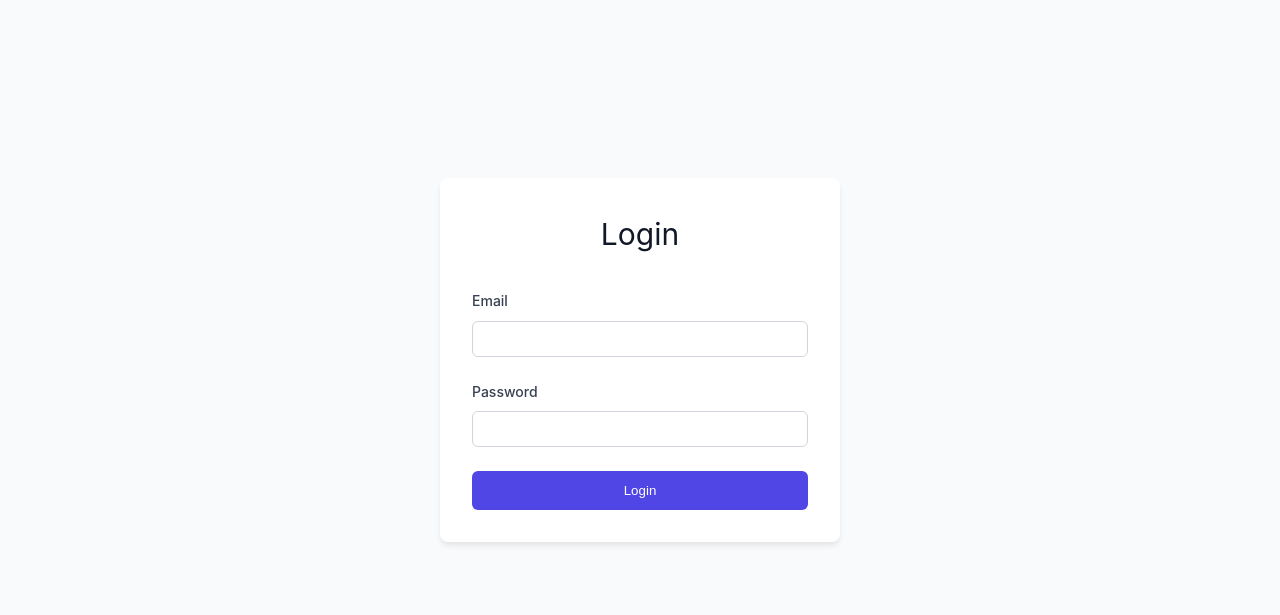
Repository: nino-pixel/payroll
Page: /payroll (app in web_vue/)
These files come from the project's save history. The page is drawn as it stood at one moment and after the next save; the edit follows.
The browser window is 1280 px wide. The pictures show the whole page.
The project was rebuilt for these pictures with package versions that can differ from the ones it lists, and the page was loaded fresh each time. Also part of the build but not shown: web_vue/vite.config.ts, web_vue/src/components/shared/Modal.vue, web_vue/src/components/shared/LoadingSpinner.vue, web_vue/src/components/shared/LoadingOverlay.vue, web_vue/src/components/payroll/ProcessPayroll.vue, web_vue/src/utils/export.ts, web_vue/src/components/payroll/PayrollDashboard.vue, web_vue/src/components/department/DepartmentList.vue and 6 more.

Above is the page before, as saved 2024-12-16 22:06:30.

### web_vue/src/main.ts
import './assets/main.css'

import { createApp } from 'vue'
import { createPinia } from 'pinia'

import App from './App.vue'
import router from './router'

const app = createApp(App)
app.config.devtools = true

app.use(createPinia())
app.use(router)

app.mount('#app')

### web_vue/src/App.vue
<script setup lang="ts">
import { RouterLink, RouterView } from 'vue-router'
import { useAuthStore } from './stores/auth'

const auth = useAuthStore()
</script>

<template>
  <div id="app">
    <header v-if="auth.isAuthenticated">
      <nav>
        <RouterLink to="/">Dashboard</RouterLink>
        <RouterLink to="/payroll">Payroll Analysis</RouterLink>
        <div class="user-menu">
          <span>{{ auth.user?.name }}</span>
          <button @click="auth.logout" class="logout-btn">Logout</button>
        </div>
      </nav>
    </header>
    <main>
      <RouterView />
    </main>
  </div>
</template>

<style scoped>
header {
  line-height: 1.5;
  max-height: 100vh;
}

.logo {
  display: block;
  margin: 0 auto 2rem;
}

nav {
  width: 100%;
  font-size: 12px;
  text-align: center;
  margin-top: 2rem;
}

nav a.router-link-exact-active {
  color: var(--color-text);
}

nav a.router-link-exact-active:hover {
  background-color: transparent;
}

nav a {
  display: inline-block;
  padding: 0 1rem;
  border-left: 1px solid var(--color-border);
}

nav a:first-of-type {
  border: 0;
}

@media (min-width: 1024px) {
  header {
    display: flex;
    place-items: center;
    padding-right: calc(var(--section-gap) / 2);
  }

  .logo {
    margin: 0 2rem 0 0;
  }

  header .wrapper {
    display: flex;
    place-items: flex-start;
    flex-wrap: wrap;
  }

  nav {
    text-align: left;
    margin-left: -1rem;
    font-size: 1rem;

    padding: 1rem 0;
    margin-top: 1rem;
  }
}

.user-menu {
  margin-left: auto;
  display: flex;
  align-items: center;
  gap: 1rem;
}

.logout-btn {
  padding: 0.5rem 1rem;
  background: #dc3545;
  color: white;
  border: none;
  border-radius: 4px;
  cursor: pointer;
}

.logout-btn:hover {
  background: #c82333;
}
</style>

### web_vue/src/router/index.ts
import { createRouter, createWebHistory } from 'vue-router'
import { useAuthStore } from '../store/auth'
import PayrollDashboard from '../components/payroll/PayrollDashboard.vue'
import DepartmentList from '../components/department/DepartmentList.vue'
import DepartmentForm from '../components/department/DepartmentForm.vue'
import DepartmentDetails from '../components/department/DepartmentDetails.vue'
import EmployeeList from '../components/employee/EmployeeList.vue'
import EmployeeForm from '../components/employee/EmployeeForm.vue'
import EmployeeDetails from '../components/employee/EmployeeDetails.vue'
import Login from '../views/Login.vue'
import Unauthorized from '../views/Unauthorized.vue'
import Registration from '../views/Registration.vue'

const router = createRouter({
  history: createWebHistory(),
  routes: [
    {
      path: '/login',
      name: 'Login',
      component: Login,
      meta: { guest: true }
    },
    {
      path: '/unauthorized',
      name: 'Unauthorized',
      component: Unauthorized
    },
    {
      path: '/',
      name: 'Dashboard',
      component: PayrollDashboard,
      meta: {
        requiresAuth: true,
        permission: 'dashboard.view'
      }
    },
    {
      path: '/payroll',
      name: 'Payroll',
      component: PayrollDashboard,
      meta: {
        requiresAuth: true,
        permission: 'payroll.view'
      }
    },
    {
      path: '/departments',
      name: 'Departments',
      component: DepartmentList,
      meta: {
        requiresAuth: true,
        permission: 'departments.view'
      }
    },
    {
      path: '/departments/create',
      name: 'CreateDepartment',
      component: DepartmentForm,
      meta: {
        requiresAuth: true,
        permission: 'departments.create'
      }
    },
    {
      path: '/departments/:id',
      name: 'DepartmentDetails',
      component: DepartmentDetails,
      meta: {
        requiresAuth: true,
        permission: 'departments.view'
      }
    },
    {
      path: '/departments/:id/edit',
      name: 'EditDepartment',
      component: DepartmentForm,
      meta: {
        requiresAuth: true,
        permission: 'departments.edit'
      }
    },
    {
      path: '/employees',
      name: 'Employees',
      component: EmployeeList,
      meta: {
        requiresAuth: true,
        permission: 'employees.view'
      }
    },
    {
      path: '/employees/create',
      name: 'CreateEmployee',
      component: EmployeeForm,
      meta: {
        requiresAuth: true,
        permission: 'employees.create'
      }
    },
    {
      path: '/employees/:id',
      name: 'EmployeeDetails',
      component: EmployeeDetails,
      meta: {
        requiresAuth: true,
        permission: 'employees.view'
      }
    },
    {
      path: '/employees/:id/edit',
      name: 'EditEmployee',
      component: EmployeeForm,
      meta: {
        requiresAuth: true,
        permission: 'employees.edit'
      }
    },
    {
      path: '/register',
      name: 'register',
      component: Registration
    }
  ]
})

router.beforeEach(async (to, from, next) => {
  const auth = useAuthStore()

  // Allow access to guest routes
  if (to.meta.guest) {
    if (auth.isAuthenticated) {
      return next({ name: 'Dashboard' })
    }
    return next()
  }

  // Check authentication
  if (!auth.isAuthenticated && to.meta.requiresAuth) {
    return next({ name: 'Login' })
  }

  // Check permissions
  if (to.meta.permission) {
    const hasPermission = auth.hasPermission(to.meta.permission as string)
    if (!hasPermission) {
      return next({ name: 'Unauthorized' })
    }
  }

  next()
})

export default router

### web_vue/src/stores/auth.ts
import { defineStore } from 'pinia'
import { ref, computed } from 'vue'
import { useRouter } from 'vue-router'
import http from '../utils/http'

interface User {
  id: number
  name: string
  email: string
  role: string
}

interface RegisterData {
  name: string
  email: string
  password: string
  role: string
}

export const useAuthStore = defineStore('auth', () => {
  const router = useRouter()
  const token = ref<string | null>(localStorage.getItem('token'))
  const user = ref<User | null>(JSON.parse(localStorage.getItem('user') || 'null'))

  const isAuthenticated = computed(() => !!token.value)
  const isAdmin = computed(() => user.value?.role === 'admin')

  async function login(email: string, password: string) {
    const { data } = await http.post('/login', { email, password })
    token.value = data.data.token
    user.value = data.data.user
    localStorage.setItem('token', data.data.token)
    localStorage.setItem('user', JSON.stringify(data.data.user))
  }

  async function logout() {
    try {
      await http.post('/logout')
    } finally {
      token.value = null
      user.value = null
      localStorage.removeItem('token')
      localStorage.removeItem('user')
      router.push('/login')
    }
  }

  async function register(data: RegisterData) {
    const { data: response } = await http.post('/register', data)
    token.value = response.data.token
    user.value = response.data.user
    localStorage.setItem('token', response.data.token)
    localStorage.setItem('user', JSON.stringify(response.data.user))
  }

  return {
    token,
    user,
    isAuthenticated,
    isAdmin,
    login,
    logout,
    register
  }
})

### web_vue/src/store/auth.ts
import { defineStore } from 'pinia'
import http from '../utils/http'
import { ref, computed } from 'vue'

export interface User {
  id: number
  name: string
  email: string
  role?: {
    slug: string
    permissions: Array<{ slug: string }>
  }
}

export const useAuthStore = defineStore('auth', () => {
  const user = ref<User | null>(null)
  const token = ref<string | null>(localStorage.getItem('token'))
  const permissions = ref<string[]>([])

  const isAuthenticated = computed(() => !!token.value)
  const hasPermission = (permission: string) => permissions.value.includes(permission)
  const hasRole = (role: string) => user.value?.role?.slug === role

  async function login(credentials: any) {
    try {
      const { data } = await http.post('/auth/login', credentials)
      setAuth(data)
      return data
    } catch (error) {
      throw error.response?.data?.message || 'Login failed'
    }
  }

  async function fetchUser() {
    try {
      const { data } = await http.get('/auth/user')
      user.value = data.data
      permissions.value = data.data.role?.permissions?.map(p => p.slug) || []
    } catch (error) {
      logout()
      throw error
    }
  }

  function setAuth(data: any) {
    token.value = data.token
    user.value = data.user
    permissions.value = data.user.role?.permissions?.map(p => p.slug) || []
    localStorage.setItem('token', data.token)
  }

  function logout() {
    user.value = null
    token.value = null
    permissions.value = []
    localStorage.removeItem('token')
  }

  return {
    user,
    token,
    permissions,
    isAuthenticated,
    hasPermission,
    hasRole,
    login,
    fetchUser,
    setAuth,
    logout
  }
})

### web_vue/src/components/department/DepartmentForm.vue
<script setup lang="ts">
import { ref, onMounted } from 'vue'
import { useRoute, useRouter } from 'vue-router'
import http from '../../utils/http'

interface DepartmentForm {
  name: string
  code: string
  description: string
  manager_id: number | null
}

interface FormErrors {
  name?: string
  code?: string
  description?: string
  manager_id?: string
}

const route = useRoute()
const router = useRouter()
const isEdit = route.params.id !== undefined

const form = ref<DepartmentForm>({
  name: '',
  code: '',
  description: '',
  manager_id: null
})

const managers = ref<Array<{ id: number, name: string }>>([])
const loading = ref(false)
const error = ref('')
const errors = ref<FormErrors>({})

const successMessage = ref('')
const showSuccess = (message: string) => {
  successMessage.value = message
  setTimeout(() => {
    successMessage.value = ''
  }, 3000)
}

const confirmDelete = async () => {
  if (!confirm('Are you sure you want to delete this department? This action cannot be undone.')) {
    return
  }

  try {
    loading.value = true
    await http.delete(`/departments/${route.params.id}`)
    showSuccess('Department deleted successfully')
    router.push('/departments')
  } catch (err: any) {
    error.value = err.response?.data?.message || 'Failed to delete department'
  } finally {
    loading.value = false
  }
}

const fetchManagers = async () => {
  try {
    const { data } = await http.get('/users', {
      params: { role: 'admin' }
    })
    managers.value = data.data
  } catch (err) {
    error.value = 'Failed to fetch managers'
  }
}

const fetchDepartment = async () => {
  if (!isEdit) return

  try {
    loading.value = true
    const { data } = await http.get(`/departments/${route.params.id}`)
    form.value = {
      name: data.data.name,
      code: data.data.code || '',
      description: data.data.description || '',
      manager_id: data.data.manager_id
    }
  } catch (err) {
    error.value = 'Failed to fetch department details'
  } finally {
    loading.value = false
  }
}

const validateForm = (): boolean => {
  errors.value = {}
  let isValid = true

  if (!form.value.name.trim()) {
    errors.value.name = 'Department name is required'
    isValid = false
  } else if (form.value.name.length < 3) {
    errors.value.name = 'Department name must be at least 3 characters'
    isValid = false
  }

  if (form.value.code && form.value.code.length < 2) {
    errors.value.code = 'Department code must be at least 2 characters'
    isValid = false
  }

  if (form.value.description && form.value.description.length > 500) {
    errors.value.description = 'Description cannot exceed 500 characters'
    isValid = false
  }

  return isValid
}

const submitForm = async () => {
  if (!validateForm()) return

  try {
    loading.value = true
    error.value = ''

    if (isEdit) {
      await http.put(`/departments/${route.params.id}`, form.value)
      showSuccess('Department updated successfully')
    } else {
      await http.post('/departments', form.value)
      showSuccess('Department created successfully')
    }

    router.push('/departments')
  } catch (err: any) {
    if (err.response?.data?.errors) {
      errors.value = err.response.data.errors
    } else {
      error.value = err.response?.data?.message || 'Failed to save department'
    }
  } finally {
    loading.value = false
  }
}

onMounted(async () => {
  await Promise.all([fetchManagers(), fetchDepartment()])
})
</script>

<template>
  <div class="department-form" role="form" aria-label="Department Form">
    <div
      v-if="successMessage"
      class="success-message"
      role="alert"
      aria-live="polite"
    >
      {{ successMessage }}
    </div>

    <div
      v-if="loading"
      class="loading-overlay"
      role="status"
      aria-live="polite"
    >
      <div class="spinner" aria-hidden="true"></div>
      <p>{{ isEdit ? 'Updating' : 'Creating' }} department...</p>
    </div>

    <h2 id="form-title">{{ isEdit ? 'Edit Department' : 'Add Department' }}</h2>

    <form
      @submit.prevent="submitForm"
      aria-labelledby="form-title"
      novalidate
    >
      <div class="form-group">
        <label for="name" class="required">Department Name</label>
        <input
          type="text"
          id="name"
          v-model="form.name"
          :class="{ 'invalid': errors.name }"
          :aria-invalid="!!errors.name"
          :aria-describedby="errors.name ? 'name-error' : undefined"
          placeholder="Enter department name"
          required
        >
        <span
          v-if="errors.name"
          class="error-text"
          id="name-error"
          role="alert"
        >
          {{ errors.name }}
        </span>
      </div>

      <div class="form-group">
        <label for="code">Department Code</label>
        <input
          type="text"
          id="code"
          v-model="form.code"
          :class="{ 'invalid': errors.code }"
          placeholder="Enter department code"
        >
        <span v-if="errors.code" class="error-text">{{ errors.code }}</span>
      </div>

      <div class="form-group">
        <label for="description">Description</label>
        <textarea
          id="description"
          v-model="form.description"
          :class="{ 'invalid': errors.description }"
          rows="4"
          placeholder="Enter department description"
        ></textarea>
        <span v-if="errors.description" class="error-text">{{ errors.description }}</span>
        <span class="hint">{{ form.description?.length || 0 }}/500 characters</span>
      </div>

      <div class="form-group">
        <label for="manager">Department Manager</label>
        <select
          id="manager"
          v-model="form.manager_id"
        >
          <option value="">Select Manager</option>
          <option
            v-for="manager in managers"
            :key="manager.id"
            :value="manager.id"
          >
            {{ manager.name }}
          </option>
        </select>
      </div>

      <div v-if="error" class="error">
        {{ error }}
      </div>

      <div class="form-actions">
        <button
          type="button"
          class="btn-cancel"
          @click="router.push('/departments')"
        >
          Cancel
        </button>
        <button
          v-if="isEdit"
          type="button"
          class="btn-delete"
          @click="confirmDelete"
          aria-label="Delete Department"
        >
          Delete
        </button>
        <button
          type="submit"
          class="btn-submit"
          :disabled="loading"
        >
          {{ loading ? 'Saving...' : (isEdit ? 'Update' : 'Create') }}
        </button>
      </div>
    </form>
  </div>
</template>

<style scoped>
.department-form {
  max-width: 600px;
  margin: 0 auto;
  padding: 2rem;
}

.form-group {
  margin-bottom: 1.5rem;
}

label {
  display: block;
  margin-bottom: 0.5rem;
  color: #666;
}

input, select, textarea {
  width: 100%;
  padding: 0.5rem;
  border: 1px solid #ddd;
  border-radius: 4px;
  font-size: 1rem;
}

textarea {
  resize: vertical;
}

.error {
  color: #dc3545;
  margin-bottom: 1rem;
  font-size: 0.9rem;
}

.form-actions {
  display: flex;
  gap: 1rem;
  justify-content: flex-end;
  margin-top: 2rem;
}

.btn-cancel, .btn-submit {
  padding: 0.5rem 1rem;
  border-radius: 4px;
  font-size: 1rem;
  cursor: pointer;
}

.btn-cancel {
  background: #f8f9fa;
  border: 1px solid #ddd;
}

.btn-submit {
  background: #36A2EB;
  color: white;
  border: none;
}

.btn-submit:disabled {
  opacity: 0.7;
  cursor: not-allowed;
}

.loading-overlay {
  position: fixed;
  top: 0;
  left: 0;
  right: 0;
  bottom: 0;
  background: rgba(255, 255, 255, 0.9);
  display: flex;
  flex-direction: column;
  align-items: center;
  justify-content: center;
  z-index: 1000;
}

.spinner {
  width: 40px;
  height: 40px;
  border: 3px solid #f3f3f3;
  border-top: 3px solid #36A2EB;
  border-radius: 50%;
  animation: spin 1s linear infinite;
  margin-bottom: 1rem;
}

@keyframes spin {
  0% { transform: rotate(0deg); }
  100% { transform: rotate(360deg); }
}

.invalid {
  border-color: #dc3545;
}

.error-text {
  color: #dc3545;
  font-size: 0.8rem;
  margin-top: 0.25rem;
  display: block;
}

.hint {
  color: #666;
  font-size: 0.8rem;
  margin-top: 0.25rem;
  display: block;
}

.success-message {
  position: fixed;
  top: 1rem;
  right: 1rem;
  padding: 1rem;
  background: #d1fae5;
  color: #065f46;
  border-radius: 4px;
  box-shadow: 0 2px 4px rgba(0,0,0,0.1);
  z-index: 1000;
  animation: slideIn 0.3s ease-out;
}

@keyframes slideIn {
  from {
    transform: translateX(100%);
    opacity: 0;
  }
  to {
    transform: translateX(0);
    opacity: 1;
  }
}

.required::after {
  content: '*';
  color: #dc3545;
  margin-left: 0.25rem;
}

.btn-delete {
  background: #dc3545;
  color: white;
  border: none;
}

.btn-delete:hover {
  background: #bb2d3b;
}

/* Focus styles for accessibility */
input:focus,
select:focus,
textarea:focus,
button:focus {
  outline: 2px solid #36A2EB;
  outline-offset: 2px;
}

/* Skip outline for mouse users */
input:focus:not(:focus-visible),
select:focus:not(:focus-visible),
textarea:focus:not(:focus-visible),
button:focus:not(:focus-visible) {
  outline: none;
}
</style>

### web_vue/src/views/Login.vue
<script setup lang="ts">
import { ref } from 'vue'
import { useRouter } from 'vue-router'
import http from '../utils/http'

const router = useRouter()
const email = ref('')
const password = ref('')
const error = ref('')
const loading = ref(false)

const handleSubmit = async () => {
  try {
    loading.value = true
    error.value = ''
    await http.post('/login', { email: email.value, password: password.value })
    router.push('/dashboard')
  } catch (err: any) {
    error.value = err.response?.data?.message || 'Login failed'
  } finally {
    loading.value = false
  }
}
</script>

<template>
  <div class="login-container">
    <div class="login-box">
      <h1>Login</h1>

      <form @submit.prevent="handleSubmit" class="login-form">
        <div class="form-group">
          <label for="email">Email</label>
          <input
            id="email"
            v-model="email"
            type="email"
            required
            autocomplete="email"
          >
        </div>

        <div class="form-group">
          <label for="password">Password</label>
          <input
            id="password"
            v-model="password"
            type="password"
            required
            autocomplete="current-password"
          >
        </div>

        <div v-if="error" class="error">
          {{ error }}
        </div>

        <button
          type="submit"
          :disabled="loading"
          class="login-button"
        >
          {{ loading ? 'Logging in...' : 'Login' }}
        </button>
      </form>
    </div>
  </div>
</template>

<style scoped>
.login-container {
  min-height: 100vh;
  display: flex;
  align-items: center;
  justify-content: center;
  background: #f8fafc;
  width: 100vw;
  position: fixed;
  top: 0;
  left: 0;
}

.login-box {
  background: white;
  padding: 2rem;
  border-radius: 0.5rem;
  box-shadow: 0 4px 6px -1px rgba(0, 0, 0, 0.1);
  width: 100%;
  max-width: 400px;
}

h1 {
  text-align: center;
  color: #111827;
  margin-bottom: 2rem;
}

.login-form {
  display: flex;
  flex-direction: column;
  gap: 1.5rem;
}

.form-group {
  display: flex;
  flex-direction: column;
  gap: 0.5rem;
}

label {
  font-size: 0.875rem;
  font-weight: 500;
  color: #374151;
}

input {
  padding: 0.5rem;
  border: 1px solid #d1d5db;
  border-radius: 0.375rem;
  font-size: 1rem;
}

input:focus {
  outline: none;
  border-color: #4f46e5;
  box-shadow: 0 0 0 2px rgba(79, 70, 229, 0.1);
}

.error {
  color: #dc2626;
  font-size: 0.875rem;
  background: #fee2e2;
  padding: 0.75rem;
  border-radius: 0.375rem;
}

.login-button {
  background: #4f46e5;
  color: white;
  padding: 0.75rem;
  border: none;
  border-radius: 0.375rem;
  font-weight: 500;
  cursor: pointer;
  transition: background-color 0.2s;
}

.login-button:hover {
  background: #4338ca;
}

.login-button:disabled {
  background: #6b7280;
  cursor: not-allowed;
}
</style>

### web_vue/src/utils/http.ts
import axios from 'axios'

const http = axios.create({
  baseURL: '/api/v1',
  headers: {
    'Content-Type': 'application/json'
  }
})

// Add token to requests
http.interceptors.request.use(config => {
  const token = localStorage.getItem('token')
  if (token) {
    config.headers.Authorization = `Bearer ${token}`
  }
  return config
})

// Handle response errors
http.interceptors.response.use(
  response => response,
  error => {
    if (error.response?.status === 401) {
      localStorage.removeItem('token')
      localStorage.removeItem('user')
      window.location.href = '/login'
    }
    return Promise.reject(error)
  }
)

export default http

Loaded but not shown: web_vue/index.html (common file); web_vue/src/assets/main.css (common file); web_vue/src/assets/base.css (common file)

After the next save:
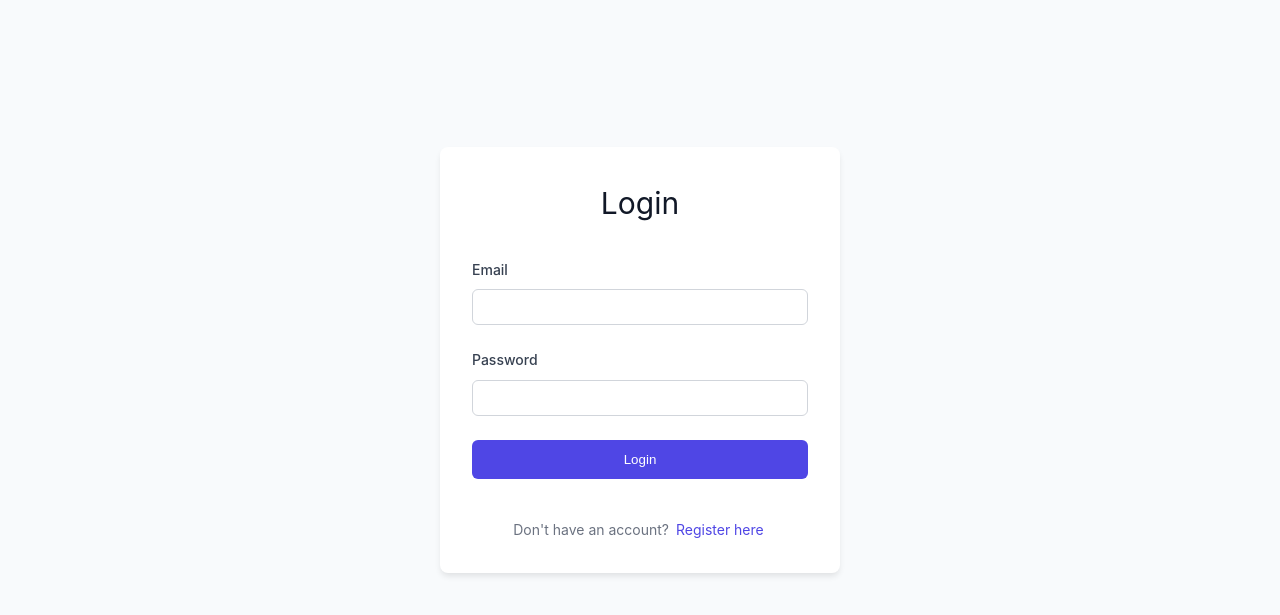
Saved 2 s later.
--- a/web_vue/src/views/Login.vue
+++ b/web_vue/src/views/Login.vue
@@ -62,6 +62,11 @@ const handleSubmit = async () => {
         >
           {{ loading ? 'Logging in...' : 'Login' }}
         </button>
+
+        <div class="register-link">
+          Don't have an account?
+          <router-link to="/register">Register here</router-link>
+        </div>
       </form>
     </div>
   </div>
@@ -153,4 +158,20 @@ input:focus {
   background: #6b7280;
   cursor: not-allowed;
 }
+
+.register-link {
+  text-align: center;
+  font-size: 0.875rem;
+  color: #6b7280;
+  margin-top: 1rem;
+}
+
+.register-link a {
+  color: #4f46e5;
+  text-decoration: none;
+}
+
+.register-link a:hover {
+  text-decoration: underline;
+}
 </style>
